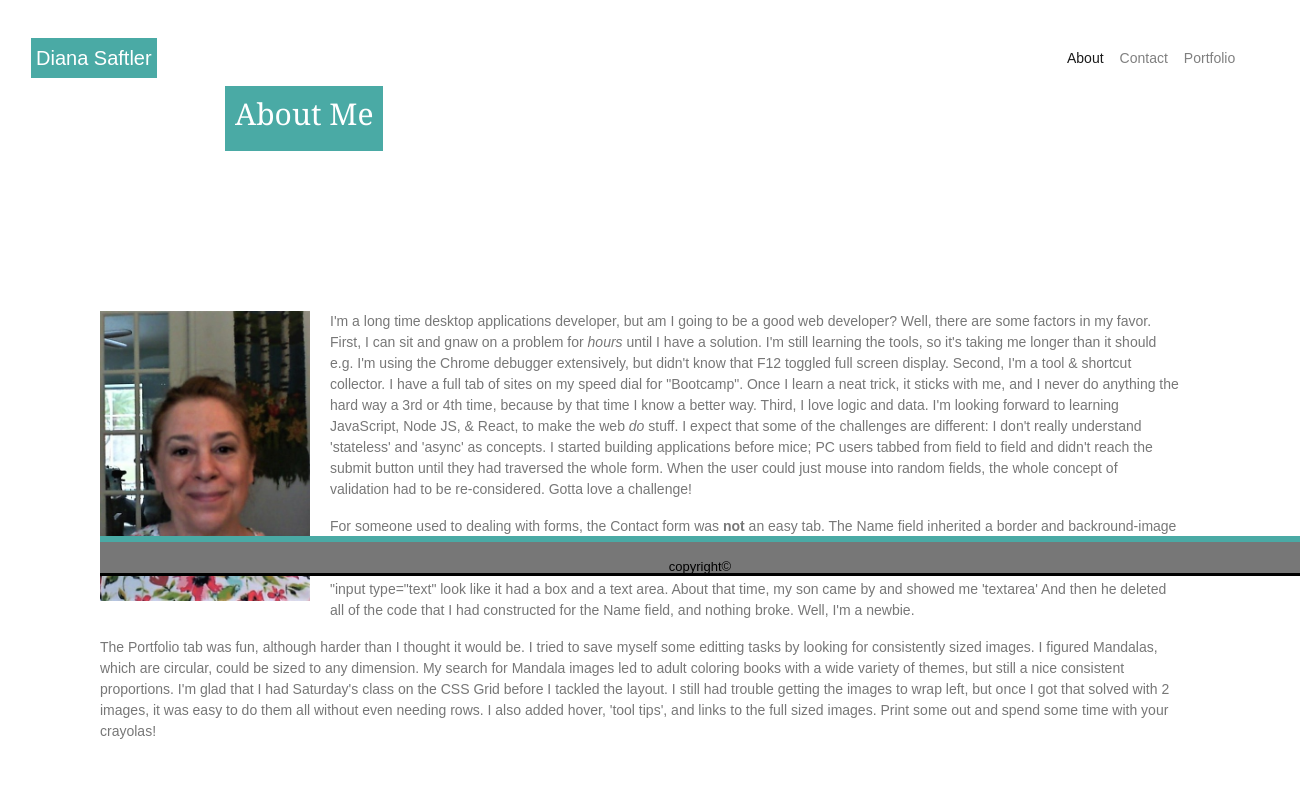
Repository: dsaftler/Bootstrap-Portfolio
Page: index.html
These files come from the project's save history. The page is drawn as it stood at one moment and after the next save; the edit follows.
The browser window is 1280 px wide. The page is 1300 px wide, so the pictures cover 1300 px, including what lies to the right of the window. The pictures show the whole page.

Above is the page before, as saved 2019-03-20 23:58:26.

After the next save:
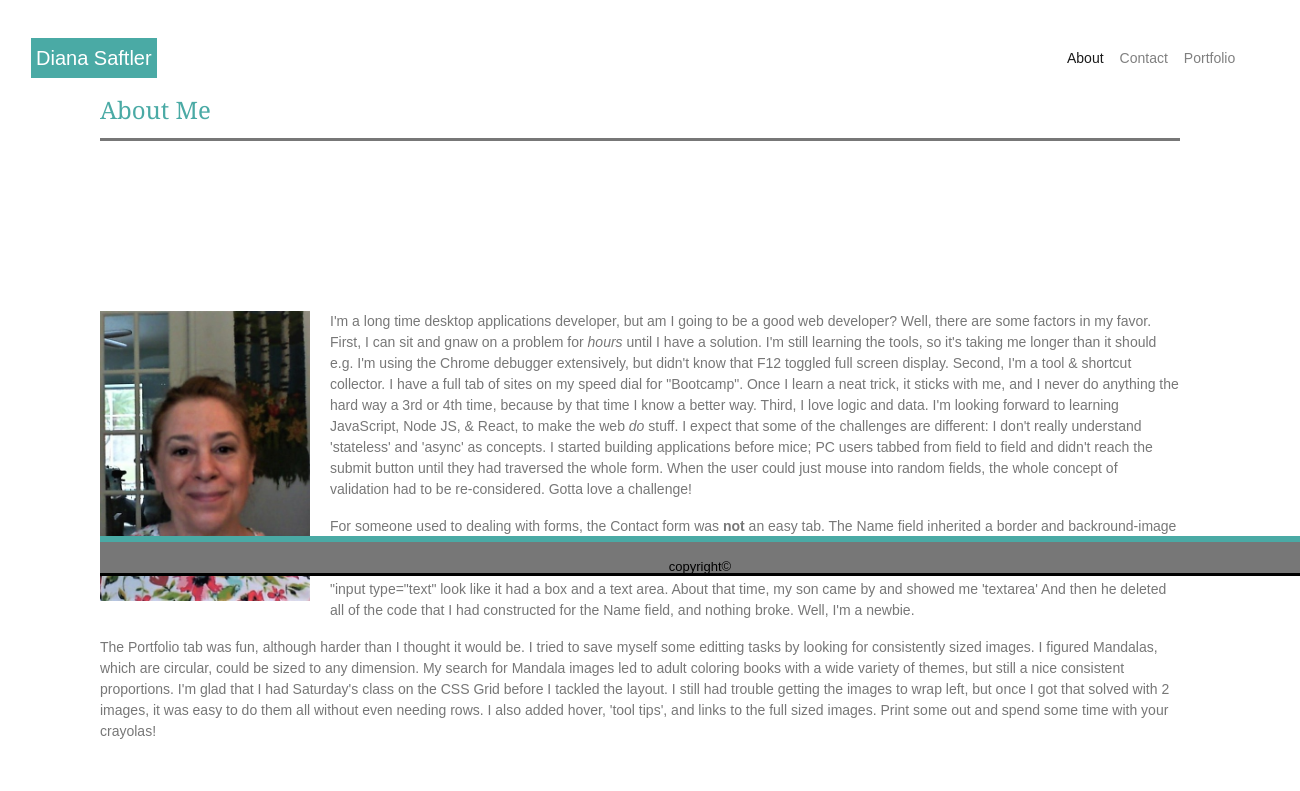
Saved 44 s later.
--- a/index.html
+++ b/index.html
@@ -35,7 +35,7 @@
     <div class="container">
        <div class="row">
           <div class="col-sm-12">
-            <h1>About Me</h1>
+            <h2>About Me</h2>
           </div>
         </div>
         <div class="row">
